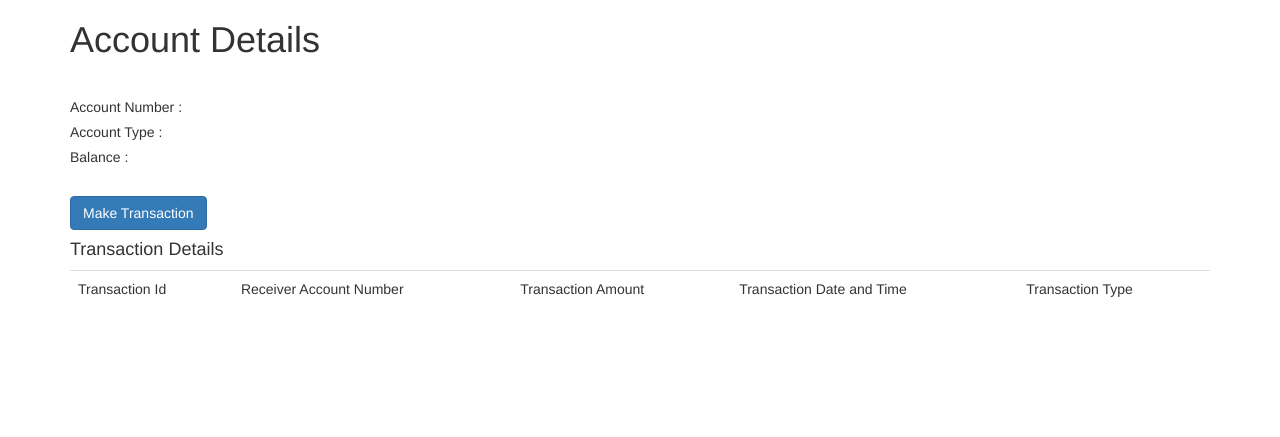
Repository: Shubham-Gawade/SpringHibernateTraining
Page: http://localhost/xorbankonline/WEB-INF/pages/showaccount.jsp
The author's editor kept a copy of each file at every save. The page is drawn from the files as they stood at one save, then again after the next save.
The browser window is 1280 px wide. The pictures show the whole page.
The page is served by Tomcat 9. Nobody is signed in. Other server files are loaded and not shown. The template is opened directly, without the code that normally fills it, so the values that code supplies are empty.

Above is the page before, as saved 2021-10-07 07:11:04.

### xorbankonline/src/main/webapp/WEB-INF/pages/showaccount.jsp
<%@ page language="java" contentType="text/html; charset=ISO-8859-1"
    pageEncoding="ISO-8859-1"%>
<%@taglib uri="http://java.sun.com/jsp/jstl/core" prefix="c"%>
<!DOCTYPE html>
<html>
<head>
<meta charset="ISO-8859-1">
<title>Insert title here</title>
<link rel="stylesheet" href="https://maxcdn.bootstrapcdn.com/bootstrap/3.3.7/css/bootstrap.min.css">
</head>
<body class="container">
<h1>Account Details</h1>
	<br>
	<h5>Account Number : ${account.accountNumber}</h5>
	<h5>Account Type : ${account.accountType}</h5>
	<h5>Balance : ${account.balance}</h5>
	<br>

	<a href="makeTransaction/${account.accountNumber}"><button class="btn btn-primary">Make Transaction</button></a>

	<h4>Transaction Details</h4>
	<table class="table">
		<tr>
			<td>Transaction Id</td>
			<td>Receiver Account Number</td>
			<td>Transaction Amount </td>
			<td>Transaction Date and Time</td>
			<td>Transaction Type</td>
		</tr>
		<c:forEach items="${account.transactions}" var="transaction">
			<tr>
				<td>${transaction.transactionId}</td>
				<td>${transaction.receiverAccountNumber}</td>
				<td>${transaction.transactionAmount}</td>
				<td>${transaction.transactionDate}</td>
				<td>${transaction.transactionType}</td>
			</tr>
		</c:forEach>
	</table>
</body>
</html>

After the next save:
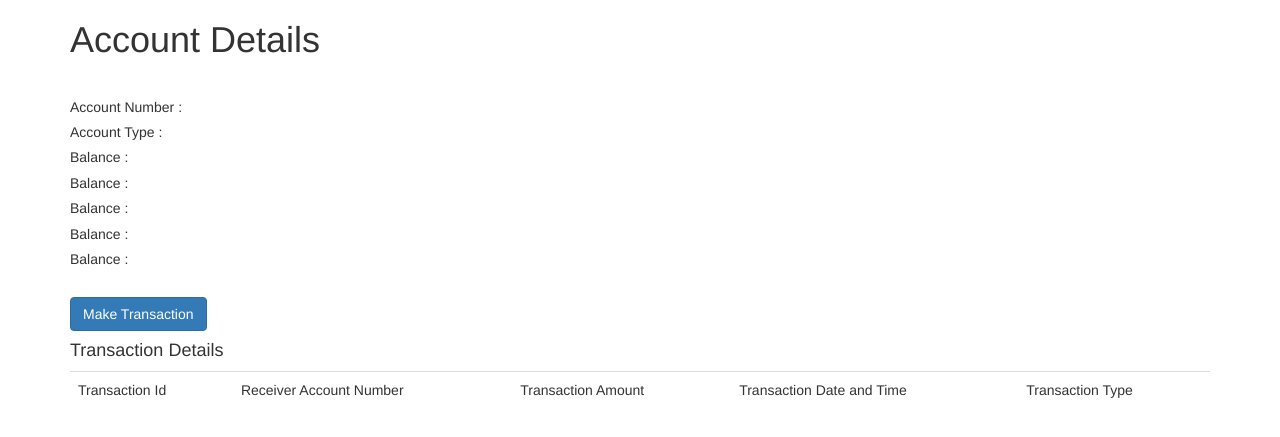
Saved 10 min 26 s later.
--- a/xorbankonline/src/main/webapp/WEB-INF/pages/showaccount.jsp
+++ b/xorbankonline/src/main/webapp/WEB-INF/pages/showaccount.jsp
@@ -13,6 +13,10 @@
 	<br>
 	<h5>Account Number : ${account.accountNumber}</h5>
 	<h5>Account Type : ${account.accountType}</h5>
+	<h5>Balance : ${account.balance}</h5>
+	<h5>Balance : ${account.balance}</h5>
+	<h5>Balance : ${account.balance}</h5>
+	<h5>Balance : ${account.balance}</h5>
 	<h5>Balance : ${account.balance}</h5>
 	<br>
 
